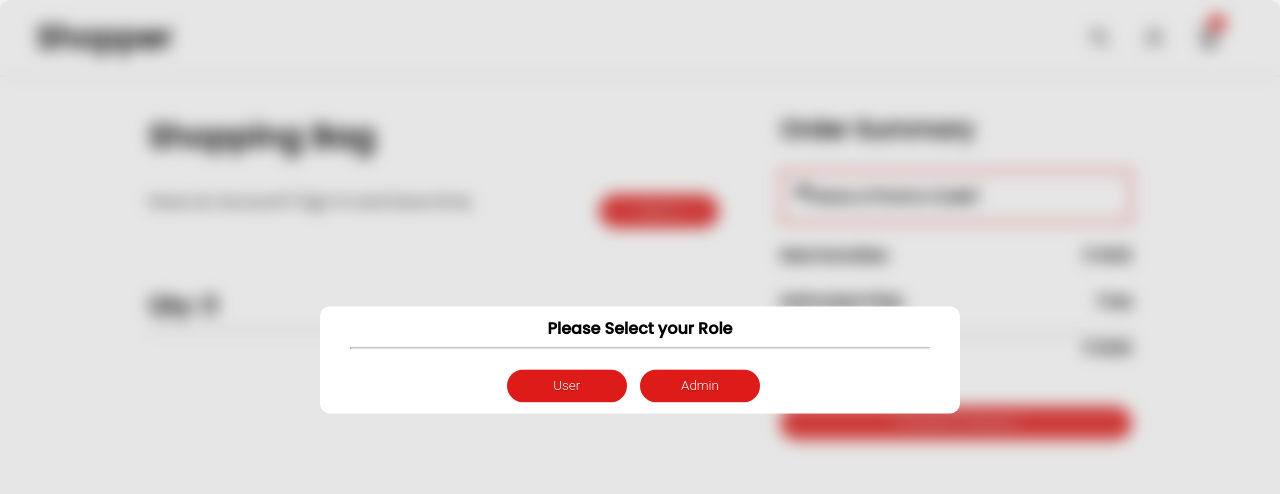
Repository: coolronts/aize-project
Page: /cart
The author's editor kept a copy of each file at every save. The page is drawn from the files as they stood at one save, then again after the next save.
The browser window is 1280 px wide. The pictures show the whole page.
The project was rebuilt for these pictures with package versions that can differ from the ones it lists, and the page was loaded fresh each time. Also part of the build but not shown: src/App.css, src/components/CartItem/CartItem.tsx, src/components/Card/Card.tsx, src/pages/Shop/shop.module.css, src/pages/Shop/Shop.tsx.

Above is the page before, as saved 2021-09-15 12:23:51.

### src/index.css
* {
    line-height: 1.6;
}

h1 {
    font-size: 2em;
}

h2 {
    font-size: 1.5em;
}

h3 {
    font-size: 1.17em;
}

h4 {
    font-size: 1em;
}

### src/App.tsx
import React, { useState, useEffect } from 'react';
import {BrowserRouter,Switch,Route} from 'react-router-dom';
import './App.css';
import Cart from "./pages/Cart/Cart"
import Shop from "./pages/Shop/Shop"
import Modal from "./components/Modal/Modal"
import Header from "./components/Header/Header"
import {UserContextProvider} from './context/user'
import {CommonContextProvider} from './context/common'
import {ProductCartType, IProduct} from './interfaces'
import {Get, Delete} from './api/api'

const App: React.FunctionComponent = () => {
  //States
  const [id, setId] = useState<number|null>(null)
  const [role, setRole]= useState<'ADMIN'|'CUSTOMER'|null>(null)
  const [products, setProducts] = useState<ProductCartType[]>([])
  const [cartQty, setCartQty] = useState<number>(0)
  const [isLoading,setIsLoading] = useState<boolean>(false)
  const [isError,setIsError] = useState<boolean>(false)
  const updateIsLoading = (state:boolean)=>{setIsLoading(state)}
  const updateIsError = (state:boolean)=>{setIsError(state)}
  const [allProducts, setAllProducts] = useState<IProduct[]>([])


  const getAllProducts = ()=>{
    updateIsLoading(true)
    Get.getProducts()
    .then(response => (setAllProducts(response)))
    .catch(error => (setIsError(error)))
    updateIsLoading(false)
  }
  const DeleteProduct = (id:number)=>{
    updateIsLoading(true)
    Delete.deleteProduct(id)
    .then(() => getAllProducts())
  }

  const addUser = (_id:number) =>{
    updateIsLoading(true)
    setId(()=>_id);
    (_id%2===0) ? setRole(()=>'CUSTOMER') : setRole(()=>'ADMIN')
    updateIsLoading(false)
  }
  const addProduct = (_id:number, _quantity:number) =>{
    const foundProduct = products.find(x => x.id === _id)
    if(foundProduct){foundProduct.quantity += _quantity}
    else{setProducts(products.concat({id:_id,quantity:_quantity}))}
    setCartQty(()=>cartQty+1)
  }

  const addCart = async (_cart:ProductCartType[])=>{setProducts(()=>(_cart))}

  useEffect(() =>{
    if(id != null){
      updateIsLoading(true)
      Get.getUserCart(id)
      .then(response =>{
        if(response.products != null){
          addCart(response.products)
          let totalQty = 0
          response.products.map((product) => totalQty += product.quantity)
          setCartQty(totalQty)
          updateIsLoading(false)}
        }
  )}},[id])


  const userContextValues ={Cart:{id,products},cartQty, role,addUser,addProduct, addCart, DeleteProduct}
  const commonContextValues = {isLoading, isError, updateIsError, updateIsLoading, allProducts,  getAllProducts}


  return (
    <CommonContextProvider value={commonContextValues}>
      <UserContextProvider value={userContextValues}>
        {(id==null || isLoading ) && <Modal/>}
        <BrowserRouter>
          <Header/>
          <Switch>
            <Route path="/" exact component={Shop}/>
            {<Route path="/cart" exact component={Cart}/>}
          </Switch>
        </BrowserRouter>
      </UserContextProvider>
    </CommonContextProvider>
  )
};

export default App;

### src/pages/Cart/Cart.tsx
import React,{useContext,  useState} from 'react';
import styles from './cart.module.css';
import {AiFillTag} from "react-icons/ai";
import UserContext from '../../context/user'
import CartItem from '../../components/CartItem/CartItem'

const Cart: React.FunctionComponent = () => {
  const userContext = useContext(UserContext)
  const productsList = userContext.Cart.products
  const[total,setTotal]= useState<number>(0)

  const updateTotal = (newPrice:number):void =>{setTotal((prevState)=>newPrice+prevState)}
  return (
    <div className={styles.container}>
      <div className={styles.shoppingBag}>
        <h1>Shopping Bag</h1>
        <div className={styles.signInContainer}>
          <p>Have an Account? Sign in and Save time.</p>
          <button>Sign In </button>
        </div>
        <div className={styles.cart}>
          <h2>Qty: {userContext.cartQty} </h2>
          <hr/>
          {productsList.map((item,index) => {
            return (
              <div key={index}>
                <CartItem id={item.id} qty={item.quantity}  updateTotal={updateTotal}/>
              </div>
            )
          })}
        </div>
      </div>
      <div className={styles.orderSummary}>
        <h2>Order Summary</h2>
        <div className={styles.promoCode}>
          <AiFillTag/>
          <h4>Have a Promo Code?</h4>
        </div>
        <div className={styles.price}>
          <h4>Merchandise:</h4>
          <strong>{total} NOK</strong>
        </div>
        <div className={styles.price}>
          <h4>Estimated Ship:</h4>
          <strong>Free</strong>
        </div>
        <hr/>
        <div className={styles.price}>
          <h3><strong>Order Total</strong></h3>
          <strong>{total} NOK</strong>
        </div>
        <div className={styles.PayButtonContainer}>
          <button>Proceed to Checkout</button>
        </div>
      </div>
    </div>
  )
};

export default Cart;

### src/components/Modal/Modal.tsx
import React, { useContext } from 'react';
import styles from './modal.module.css'
import UserContext from '../../context/user'
import CommonContext from '../../context/common'

const Modal: React.FunctionComponent = () => {
  const userContext = useContext(UserContext)
  const commonContext = useContext(CommonContext)

  return (
    <div className={styles.container}>
      <div className={styles.modal}>
        {commonContext.isLoading ?
          (
            <div className={styles.loaderContainer}>
              <div className={styles.loader}></div>
            </div>
          )
        : (
          <>
            <h4>Please Select your Role</h4>
            <hr/>
            <button onClick={()=>{
              !userContext.Cart.id && userContext.addUser(Math.floor(Math.random() * 49)*2)
            }}>
            User</button>
            <button onClick={()=>{
              !userContext.Cart.id && userContext.addUser(Math.floor(Math.random() * 49)*2 + 1)
            }}>Admin</button>
          </>
        )}
      </div>
    </div>
  )
}

export default Modal

### src/components/Header/Header.tsx
import React, {useContext} from 'react';
import {Link} from "react-router-dom";
import styles from './header.module.css';
import Logo from '../Logo/Logo'
import UserContext from '../../context/user';

const Header: React.FunctionComponent = () => {
  const userContext = useContext(UserContext)
  const role = userContext.role

  const linkStyle ={
    textDecoration: 'none',
    color:'black'
  }
  return (
    <header>
      <div className={styles.logoContainer}>
        <Link to="/" style={linkStyle}>
          <h1>Shopper</h1>
        </Link>
      </div>
      <h3 className={styles.role}>{role}</h3>
      <div className={styles.logoContainer}>
        <Logo logo={"search"}/>
        <Logo logo={"user"}/>
        <Logo logo={"cart"}/>
      </div>
    </header>
  )
}

export default Header

### src/context/user.ts
import { createContext } from "react";
import {IUserProp, ProductCartType} from '../interfaces'

//initializing the state
const UserContext = createContext<IUserProp>({
  Cart:{id:null,products:[]},
  role:null,
  cartQty: 0,
  addCart:(products:ProductCartType[])=>{},
  addUser:(id:number)=>{},
  addProduct:(id:number)=>{},
  DeleteProduct:(id:number)=>{}
})

export const UserContextConsumer = UserContext.Consumer;
export const UserContextProvider = UserContext.Provider;
export default UserContext;

### src/context/common.ts
import { createContext } from "react";
import {ICommon} from '../interfaces'

//initializing the state
const CommonContext = createContext<ICommon>({
  isLoading:false,
  isError:false,
  updateIsLoading:(state:boolean) =>{},
  updateIsError:(state:boolean) =>{},
  allProducts:[],
  getAllProducts:()=>{}
})

export const CommonContextConsumer = CommonContext.Consumer;
export const CommonContextProvider = CommonContext.Provider;
export default CommonContext;

### src/api/api.ts
import axios, {AxiosResponse} from 'axios';
import {IProduct, UserCartType} from '../interfaces'

const instance = axios.create({
  baseURL: 'http://localhost:8080',
  timeout: 15000,
});

const responseBody = (response: AxiosResponse) => response.data;

const requests = {
	get: (url: string) => instance.get(url).then(responseBody),
  delete: (url: string) => instance.delete(url).then(responseBody),
};


export const Get={
  getProducts: (): Promise<IProduct[]> => requests.get('products'),
  getUserCart: (id:number): Promise<UserCartType> => requests.get('carts/'+ id),
  getProduct: (id:number): Promise<IProduct> => requests.get('products/'+ id),
  searchProduct: (query:string): Promise<IProduct[]> => requests.get('products?q='+ query),
}

export const Delete={
  deleteProduct: (id:number): Promise<void> => requests.delete('products/'+id)
}

### src/pages/Cart/cart.module.css
.container {
    padding: 24px 124px 24px 124px;
    display: flex;
}

strong {
    font-weight: 600;
}

.shoppingBag {
    width: 80%;
    padding: 12px 24px 12px 24px;
}

.signInContainer {
    margin-bottom: 12px;
    margin-top: 12px;
    display: flex;
    align-items: center;
    justify-content: space-between;
}

.cart {
    padding-top: 46px;
}

.product {
    display: flex;
}

.productInfo {
    height: inherit;
    display: flex;
    flex-direction: column;
    justify-content: space-between;
    margin-right: 20px;
}

.productSummary {
    margin-left: 20px;
    display: flex;
    flex-direction: column;
    justify-content: center;
    text-align: center;
}

.buttonContainer {
    margin-top: 24px;
    display: flex;
    justify-content: center;
}

button {
    cursor: pointer;
    width: 120px;
    background-color: #dd1c1a;
    display: inline-block;
    padding: 0.3em 1.2em;
    margin: 0 1em 0.1em 0;
    border: 0.16em solid rgba(255, 255, 255, 0);
    border-radius: 2em;
    box-sizing: border-box;
    text-decoration: none;
    font-family: 'Roboto', sans-serif;
    font-weight: 300;
    color: white;
    text-shadow: 0 0.04em 0.04em rgba(0, 0, 0, 0.35);
    text-align: center;
    transition: all 0.2s;
}

button:hover {
    border-color: rgba(255, 255, 255, 1);
}

.orderSummary {
    padding: 12px 24px 12px 24px;
    width: 50%;
}

.promoCode {
    display: flex;
    margin-top: 20px;
    margin-bottom: 20px;
    border: 2px solid #dd1c1a;
    padding: 12px 12px 12px 12px;
    width: 100%;
    text-align: center;
}

.price {
    display: flex;
    justify-content: space-between;
    margin-bottom: 20px;
}

.PayButtonContainer>button {
    margin-top: 20px;
    width: 100%;
}

### src/components/Modal/modal.module.css
.container {
    width: 100%;
    height: 100%;
    position: fixed;
    background: rgba( 155, 155, 155, 0.25);
    box-shadow: 0 8px 32px 0 rgba( 31, 38, 135, 0.37);
    backdrop-filter: blur( 8px);
    -webkit-backdrop-filter: blur( 8px);
    border-radius: 10px;
    z-index: 20;
}

.modal {
    text-align: center;
    background-color: white;
    border-radius: 10px;
    padding: 10px 30px 10px 30px;
    width: 50%;
    position: absolute;
    top: 50%;
    left: 50%;
    transform: translate(-50%, -50%);
}

button {
    margin-top: 20px;
}

.loaderContainer {
    padding: 10px 30px 10px 30px;
    width: 100%;
    height: 100%;
    display: flex;
    justify-content: center;
}

.loader {
    position: relative;
    border: 16px solid #f3f3f3;
    border-radius: 50%;
    border-top: 16px solid #3498db;
    width: 120px;
    height: 120px;
    -webkit-animation: spin 2s linear infinite;
    /* Safari */
    animation: spin 2s linear infinite;
}


/* Safari */

@-webkit-keyframes spin {
    0% {
        -webkit-transform: rotate(0deg);
    }
    100% {
        -webkit-transform: rotate(360deg);
    }
}

@keyframes spin {
    0% {
        transform: rotate(0deg);
    }
    100% {
        transform: rotate(360deg);
    }
}

### src/components/Header/header.module.css
header {
    box-shadow: 0 1px 3px 0 rgba(0, 0, 0, 0.1), 0 1px 2px 0 rgba(0, 0, 0, 0.06);
    padding: 12px 36px 12px 36px;
    display: flex;
    justify-content: space-between;
    align-items: center;
}

.logoContainer {
    display: flex;
}

### src/components/Logo/Logo.tsx
import React, {useContext, useState} from 'react';
import {IProduct} from '../../interfaces'
import {Link} from "react-router-dom";
import {Get} from "../../api/api"
import {MdCancel} from "react-icons/md"

import styles from './logo.module.css';
import { AiOutlineShoppingCart, AiOutlineUser, AiOutlineSearch } from 'react-icons/ai';
import UserContext from '../../context/user'

const Logo: React.FunctionComponent<{logo:string}>= ({logo}) => {
  const userContext = useContext(UserContext)
  const [searchItems, setSearchItems] = useState<IProduct[]>([])
  const [isSearch, setIsSearch] = useState<boolean>(false)
  const search = (keyword:any) =>{
    if(keyword.length===0){
      setIsSearch(false)
    }
    else{
      setIsSearch(true)
      Get.searchProduct(keyword)
      .then(result => {setSearchItems(()=>result.slice(0,5))})
      console.log(searchItems)
    }
  }
  return (
    <>
      {logo==="cart" && (
        <Link to="/cart">
          <div className={styles.logoContainer}>
            <AiOutlineShoppingCart className={styles.icon}/>
            {userContext.Cart.products != null && (<p className={styles.badge}>{userContext.cartQty}</p>)}
          </div>
        </Link>
      )}

      {logo==="user" && (
        <div className={styles.logoContainer}>
         <AiOutlineUser className={styles.icon}/>
        </div>
      )}

      {logo==="search" && (
        <>

          { isSearch && <div className={styles.searchContainer}>
            <input type="text" onChange={(e)=>search(e.target.value)} className={styles.searchBox}/>
            <MdCancel onClick={()=>setIsSearch(false)}  />
            <>
              {isSearch &&
                <div className={styles.suggestionContainer}>
                  {isSearch && searchItems.map((item,index)=>{
                    return(<div key={index} className={styles.suggestionContainer}>
                      <div  className={styles.suggestion}>
                        <img src={item.defaultImage} alt="product"/>
                        <div className={styles.info}>
                          <p className={styles.name}>{item.name}</p>
                          <div className={styles.price}>
                            <p>{item.price} Nok</p>
                            <p>-{item.discount}%</p>
                          </div>
                        </div>
                      </div>
                      <hr></hr>
                      </div>  )
                    })}
              </div>}
            </>
          </div>}

          <div onClick={()=>{
            setIsSearch(true)
            setSearchItems([])
            }} className={styles.logoContainer}>
            <AiOutlineSearch  className={styles.icon}/>
          </div>
        </>
      )}
    </>
  )
}

export default Logo

### src/components/CartItem/cartItem.module.css
.container {
    padding: 24px 124px 24px 124px;
    display: flex;
}

strong {
    font-weight: 600;
}

.shoppingBag {
    width: 60%;
    padding: 12px 24px 12px 24px;
}

.signInContainer {
    margin-bottom: 12px;
    margin-top: 12px;
    display: flex;
    align-items: center;
    justify-content: space-between;
}

.cart {
    padding-top: 46px;
}

.product {
    display: flex;
}

.productInfo {
    height: inherit;
    display: flex;
    flex-direction: column;
    justify-content: space-between;
    margin-left: 20px;
    width: 50%;
}

.vl {
    border-left: 2px solid #D3D3D3;
    height: 60px;
    align-self: center;
}

.productSummary {
    margin-left: 20px;
    display: flex;
    flex-direction: column;
    justify-content: center;
    text-align: center;
    color: #dd1c1a;
}

.buttonContainer {
    margin-top: 24px;
    display: flex;
    justify-content: center;
}

.imageContainer {
    display: flex;
    flex-direction: column;
    justify-content: center;
}

button {
    cursor: pointer;
    width: 120px;
    background-color: #dd1c1a;
    display: inline-block;
    padding: 0.3em 1.2em;
    margin: 0 1em 0.1em 0;
    border: 0.16em solid rgba(255, 255, 255, 0);
    border-radius: 2em;
    box-sizing: border-box;
    text-decoration: none;
    font-family: 'Roboto', sans-serif;
    font-weight: 300;
    color: white;
    text-shadow: 0 0.04em 0.04em rgba(0, 0, 0, 0.35);
    text-align: center;
    transition: all 0.2s;
}

button:hover {
    border-color: rgba(255, 255, 255, 1);
}

.orderSummary {
    padding: 12px 24px 12px 24px;
    width: 100%;
}

.promoCode {
    display: flex;
    margin-top: 20px;
    margin-bottom: 20px;
    border: 2px solid #dd1c1a;
    padding: 12px 12px 12px 12px;
    width: 100%;
    text-align: center;
}

.price {
    display: flex;
    justify-content: space-between;
    margin-bottom: 20px;
}

.PayButtonContainer>button {
    margin-top: 20px;
    width: 100%;
}

### src/components/Card/card.module.css
            @import url('https://fonts.googleapis.com/css2?family=Poppins:wght@300;400;500&display=swap');
            * {
                margin: 0;
                padding: 0;
                box-sizing: border-box;
                font-family: 'Poppins', sans-serif;
            }

            .active {
                color: crimson;
                box-shadow: 0 5px 10px rgba(146, 61, 36, 0.05), 0 15px 40px rgba(165, 83, 63, 0.2);
            }

            .container {
                overflow: hidden;
                position: relative;
                display: flex;
                flex-direction: column;
                justify-content: space-between;
                cursor: pointer;
                height: 360px;
                padding: 25px;
                background: #fff;
                max-width: 260px;
                border-radius: 20px;
                margin: 10px auto;
                box-shadow: 0 5px 10px rgba(154, 160, 185, .05), 0 15px 40px rgba(166, 173, 201, .2);
            }

            .discount {
                position: absolute;
                background-color: #dd1c1a;
                font-weight: bold;
                font-size: 14px;
                color: white;
                padding-left: 20px;
                padding-top: 24px;
                height: 65px;
                width: 65px;
                border-radius: 50%;
                left: -10px;
                top: -15px;
                box-shadow: 0 5px 10px rgba(146, 61, 36, 0.05), 0 15px 40px rgba(165, 83, 63, 0.2);
            }

            .imageContainer {
                text-align: center;
            }

            img {
                width: 100px;
            }

            .name {
                font-weight: bold;
                text-align: center;
                margin-top: 5px;
                height: 40px;
            }

            .adminControl {
                display: flex;
                justify-content: center;
            }

            .adminControl>.icon {
                color: #dd1c1a;
                margin-right: 10px;
                padding: 3px 3px 3px 3px;
                font-size: 30px;
            }

            .adminControl>.icon:hover {
                box-shadow: 0 5px 10px rgba(146, 61, 36, 0.05), 0 15px 40px rgba(165, 83, 63, 0.2);
            }

            .description {
                font-weight: 500;
                font-size: 12px;
                text-align: justify;
                margin-bottom: 10px;
                line-height: normal;
                white-space: pre-wrap;
                overflow: hidden;
                text-overflow: ellipsis;
                height: 80px;
            }

            .price {
                text-align: center;
                font-weight: bolder;
                color: #dd1c1a;
                margin-bottom: 10px;
            }

            .buttonContainer {
                display: flex;
                justify-content: space-around;
            }

            .buttonContainer>button {
                cursor: pointer;
                width: 120px;
                background-color: #dd1c1a;
                display: inline-block;
                padding: 0.3em 1.2em;
                margin: 0 0.1em 0.1em 0;
                border: 0.16em solid rgba(255, 255, 255, 0);
                border-radius: 2em;
                box-sizing: border-box;
                text-decoration: none;
                font-family: 'Roboto', sans-serif;
                font-weight: 300;
                color: white;
                text-shadow: 0 0.04em 0.04em rgba(0, 0, 0, 0.35);
                text-align: center;
                transition: all 0.2s;
            }

            .buttonContainer>button:hover {
                border-color: rgba(255, 255, 255, 1);
            }

### src/components/Logo/logo.module.css
.logoContainer {
    position: relative;
    cursor: pointer;
    border-radius: 18px;
    padding: 18px;
    z-index: 1;
    margin-right: 18px;
}

.logoContainer:hover {
    box-shadow: 0 5px 10px rgba(146, 61, 36, 0.05), 0 15px 40px rgba(165, 83, 63, 0.2);
}

.icon {
    position: absolute;
    font-size: 24px;
    color: black;
    z-index: 5;
    top: 0;
    bottom: 0;
    left: 0;
    right: 0;
    margin: auto auto auto auto;
}

.badge {
    position: absolute;
    background-color: #dd1c1a;
    color: white;
    font-weight: bold;
    font-size: 8px;
    width: 18px;
    height: 18px;
    border-radius: 50%;
    text-align: center;
    top: -6px;
    line-height: 18px;
}

.searchContainer {
    width: 100%;
    height: 100%;
    position: fixed;
    left: 0;
    background: rgba( 255, 255, 255, 1);
    box-shadow: 0 8px 32px 0 rgba( 31, 38, 135, 0.37);
    backdrop-filter: blur( 4px);
    -webkit-backdrop-filter: blur( 4px);
    border-radius: 10px;
    border: 1px solid rgba( 255, 255, 255, 0.18);
    z-index: 20;
    text-align: center;
}

.searchContainer>input {
    margin-top: 5%;
    border-radius: 12px;
    outline: none;
    border: 1px solid black;
    padding: 0.5em 1em 0.5em 1em;
}

.suggestion {
    padding-top: 10px;
    display: flex;
    align-items: center;
    margin-bottom: 3px;
    margin-top: 10px;
    width: 100%;
    margin-left: 20%;
}

.name {
    font-size: 18px;
}

.info {
    display: flex;
    flex-direction: column;
    margin-left: 5%;
}

.price {
    margin-top: 5px;
    width: 60%;
    display: flex;
    justify-content: space-around;
    width: 100%;
    font-size: 12px;
}

.suggestion>img {
    width: 5%;
    border-radius: 12px;
}

hr {
    margin-top: 5px;
}

Loaded but not shown: public/index.html (common file); src/index.tsx (common file)

After the next save:
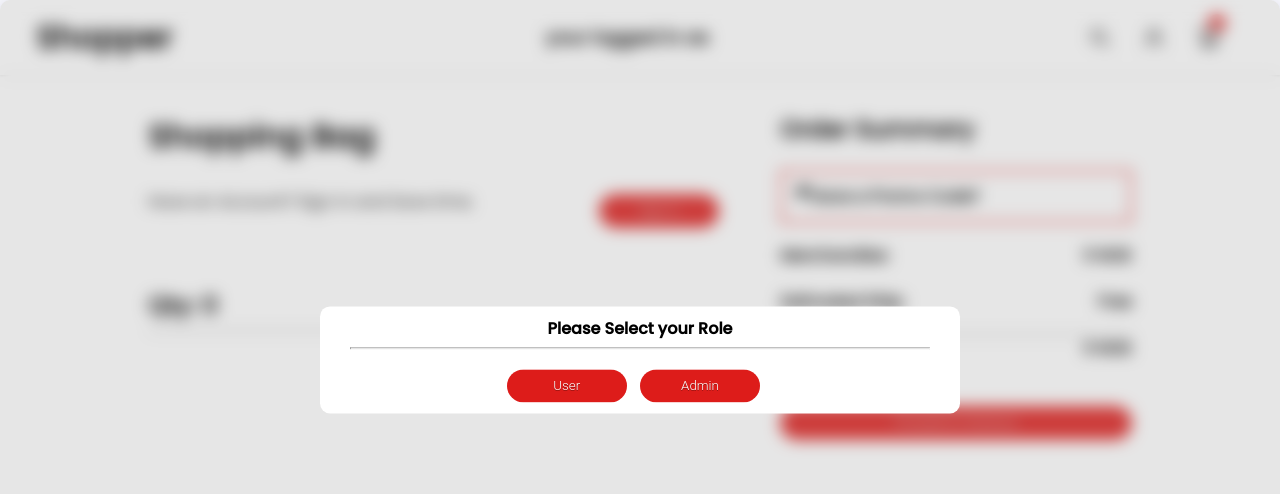
Saved 34 s later.
--- a/src/components/Header/Header.tsx
+++ b/src/components/Header/Header.tsx
@@ -19,7 +19,7 @@ const Header: React.FunctionComponent = () => {
           <h1>Shopper</h1>
         </Link>
       </div>
-      <h3 className={styles.role}>{role}</h3>
+      <h3 className={styles.role}> <span>your logged in as </span>{role}</h3>
       <div className={styles.logoContainer}>
         <Logo logo={"search"}/>
         <Logo logo={"user"}/>
